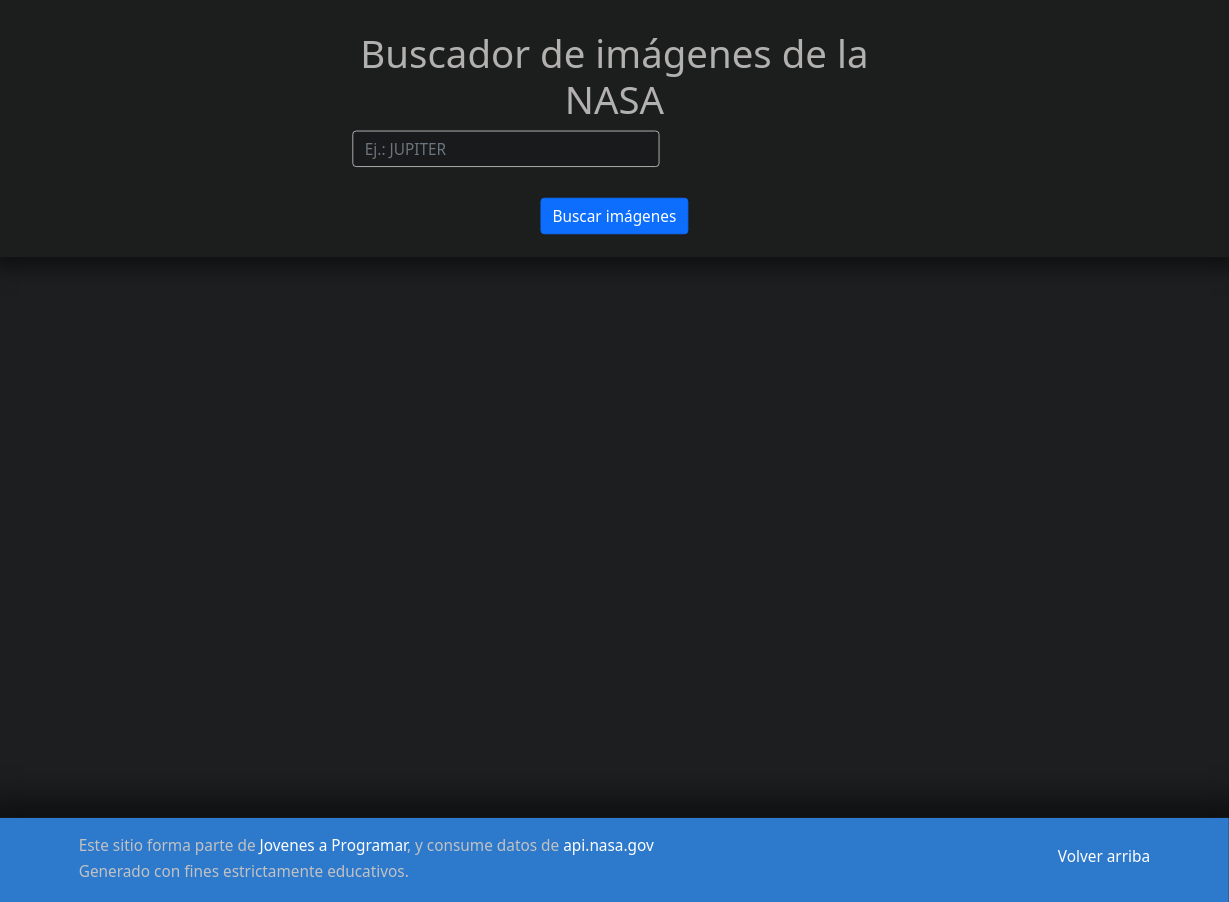
Repository: romancegirl/galaxies
Page: index.html
An editor plug-in stored every save of this project. The page is shown before and after the next save, followed by the edit.
The browser window is 1280 px wide. The pictures show the whole page, at 96% of full size.

Above is the page before, as saved 2024-11-30 04:35:57.

### index.html
<!doctype html>
<html lang="es">

<head>
  <meta charset="utf-8">
  <meta name="viewport" content="width=device-width, initial-scale=1">
  <title>Buscador de imágenes de la NASA</title>

  <link href="css/bootstrap.min.css" rel="stylesheet">
  <link rel="stylesheet" href="css/style.css">
</head>

<body>

  <header>
    <div id="intro">
      <div class="text-center container">
        <div class="row py-lg-3">
          <div class="col-lg-6 col-md-8 mx-auto">
            <h1 class="fw-light">Buscador de imágenes de la NASA</h1>
            <div id="beggining"><input type="search" class="form-control" name="buscar" id="inputBuscar" placeholder="Ej.: JUPITER"></div>
            <button class="btn btn-primary my-2" id="btnBuscar">Buscar imágenes</button>
          </div>
        </div>
      </div>
    </div>
  </header>

  <main>
    <div class="container">
      <div id="contenedor">
      </div>
    </div>
  </main>


  <footer class="text-muted py-3">
    <div class="container">
      <p class="float-end mb-1">
        <a href="#">Volver arriba</a>
      </p>
      <p class="mb-1">Este sitio forma parte de <a href="https://jovenesaprogramar.edu.uy/" target="_blank">
          Jovenes a Programar</a>, y consume datos de <a href="https://api.nasa.gov/" target="_blank">
          api.nasa.gov</a></p>
      <p class="mb-1">Generado con fines estrictamente educativos.</p>
    </div>
  </footer>

  <script src="https://cdn.jsdelivr.net/npm/bootstrap@5.3.1/dist/js/bootstrap.bundle.min.js"></script>
  <script src="js/space.js"></script>

</body>

</html>

### css/style.css
body {
    background-color: #1C1E1F;
    color: #B2B1B0;
    display: flex;
    flex-direction: column;
    min-height: 100vh;
}

main {
    min-height: calc(100vh - 160px);
    flex-grow: 1;
}

#intro {
    background-color: #1c1e1f9b;
    padding-top: 1rem;
    position: relative;
    box-shadow: 0 0 20px 10px rgba(0, 0, 0, 0.5);
}


#beggining {
    width: 20rem !important;
    margin-bottom: 1rem;
    display: flex;
    align-items: center;
    align-content: center;
}




input[type="search"] {
    background-color: #181A1B;
    border: 1px solid #B2B1B0;
    color: #B2B1B0;
}

input[type="search"]:focus {
    box-shadow: 0 0 5px #2D79CC;
    background-color: #181A1B;
    border: 1px solid #2D79CC;
    color: #B2B1B0;
}

.form-control {
    margin-bottom: 0.5rem;
}


#contenedor {
    display: flex;
    flex-wrap: wrap;
    justify-content: center;
    gap: 1rem;
    align-items: center;
}

.card {
    width: 22rem;
    height: 500px;
    display: flex;
    flex-direction: column;
    overflow: hidden;
    margin-top: 2rem;
    background-color: #181A1B;
    color: #c3c2c2;
    box-shadow: 0 0 4px 4px #2d7acc66;
}

.card-img-top {
    width: 100%;
    height: 250px;
    object-fit: cover;
}

.card-body {
    height: 250px;
    overflow-y: auto;
    padding: 1rem;
}

.card-text {
    display: -webkit-box;
    -webkit-line-clamp: 3;
    -webkit-box-orient: vertical;
    overflow: hidden;
    transition: all 0.3s ease-in-out;
}

.card-text.more {
    -webkit-line-clamp: 3;
    overflow: hidden;
}

.card-text.full {
    -webkit-line-clamp: unset;
    overflow: visible;
}

#more {
    cursor: pointer;
    color: #007bff;
    text-decoration: none;
    display: block;
    margin-top: 10px;
}



footer {
    background-color: #2D79CC;
    bottom: 0;
    width: 100%;
    margin-top: 1.5rem;
    box-shadow: 0 0 30px 20px rgba(0, 0, 0, 0.5);
}

footer p {
    color: #c3c2c2
}

footer a {
    color: #ffffff;
    text-decoration: none;
}

footer a:hover {
    color: #9b9a9b;
    transform: scale(1.05);
    transition: color 0.3s, text-shadow 0.3s;
}

footer .float-end {
    transform: translateY(50%);
}




@media (max-width: 1200px) {
    .col-lg-6 {
        width: 50%;
    }
}

@media (max-width: 768px) {
    .col-md-4 {
        width: 100%;
    }
}

### js/space.js
// Función para alternar la visibilidad del texto
function toggleDescription(button) {
    const cardBody = button.closest('.card-body');
    const descriptionText = cardBody.querySelector('.card-text');

    // Alternar clases entre "more" y "full" en el texto de la descripción
    if (descriptionText.classList.contains('more')) {
        descriptionText.classList.remove('more');
        descriptionText.classList.add('full');
        button.textContent = 'Ver menos'; // Cambiar el texto del botón
    } else {
        descriptionText.classList.remove('full');
        descriptionText.classList.add('more');
        button.textContent = 'Ver más'; // Cambiar el texto del botón
    }
}

// Asegúrate de que el evento de clic esté correctamente asignado en el HTML generado
const inputBuscar = document.getElementById('inputBuscar');
const btnBuscar = document.getElementById('btnBuscar');
const contenedor = document.getElementById('contenedor');

const searchNASAImages = async () => {
    const query = inputBuscar.value.trim();

    if (!query) {
        alert('Por favor, ingresa un término de búsqueda.');
        return;
    }

    const nasaAPI = `https://images-api.nasa.gov/search?q=${query}`;

    try {
        const response = await fetch(nasaAPI);
        const data = await response.json();

        const items = data.collection.items;
        if (!items || items.length === 0) {
            contenedor.innerHTML = `
            <h3><strong>No hemos encontrado información relacionada a "${query}".</strong></h3>`;
            return;
        }

        contenedor.innerHTML = '';

        const row = document.createElement('div');
        row.className = 'row';

        items.forEach((item) => {
            const { title, description, date_created } = item.data[0];
            const imageUrl = item.links?.[0]?.href || 'https://via.placeholder.com/150';

            // Crear la tarjeta
            const card = document.createElement('div');
            card.className = 'col-12 col-md-4 mb-6';

            // Contenido de la tarjeta
            card.innerHTML = `
                <div class="card">
                    <img src="${imageUrl}" class="card-img-top" alt="${title}">
                    <div class="card-body">
                        <h5 class="card-title">${title}</h5>
                        <p class="card-text more">${description || 'Descripción no disponible.'}</p>
                        <!-- Aquí controlamos la visibilidad del botón -->
                        ${description && description.length > 200 ? '<p class="card-text" id="more" onclick="toggleDescription(this)">Ver más</p>' : ''}
                        <p class="card-text"><small class="text-muted">Fecha: ${new Date(date_created).toLocaleDateString()}</small></p>
                    </div>
                </div>
            `;

            const descriptionText = card.querySelector('.card-text');
            const moreButton = card.querySelector('#more');
            if (!description || description.length <= 200) {
                if (moreButton) {
                    moreButton.style.display = 'none';
                }
                descriptionText.classList.add('full');
            }

            row.appendChild(card);
        });

        contenedor.appendChild(row);
    } catch (error) {
        console.error('Error al obtener datos:', error);
        contenedor.innerHTML = `<p class="text-center text-danger">Ocurrió un error al obtener los datos.</p>`;
    }
};

btnBuscar.addEventListener('click', searchNASAImages);
inputBuscar.addEventListener('keydown', (event) => {
    if (event.key === 'Enter') {
        event.preventDefault();
        searchNASAImages();
    }
});

Loaded but not shown: css/bootstrap.min.css (library)

After the next save:
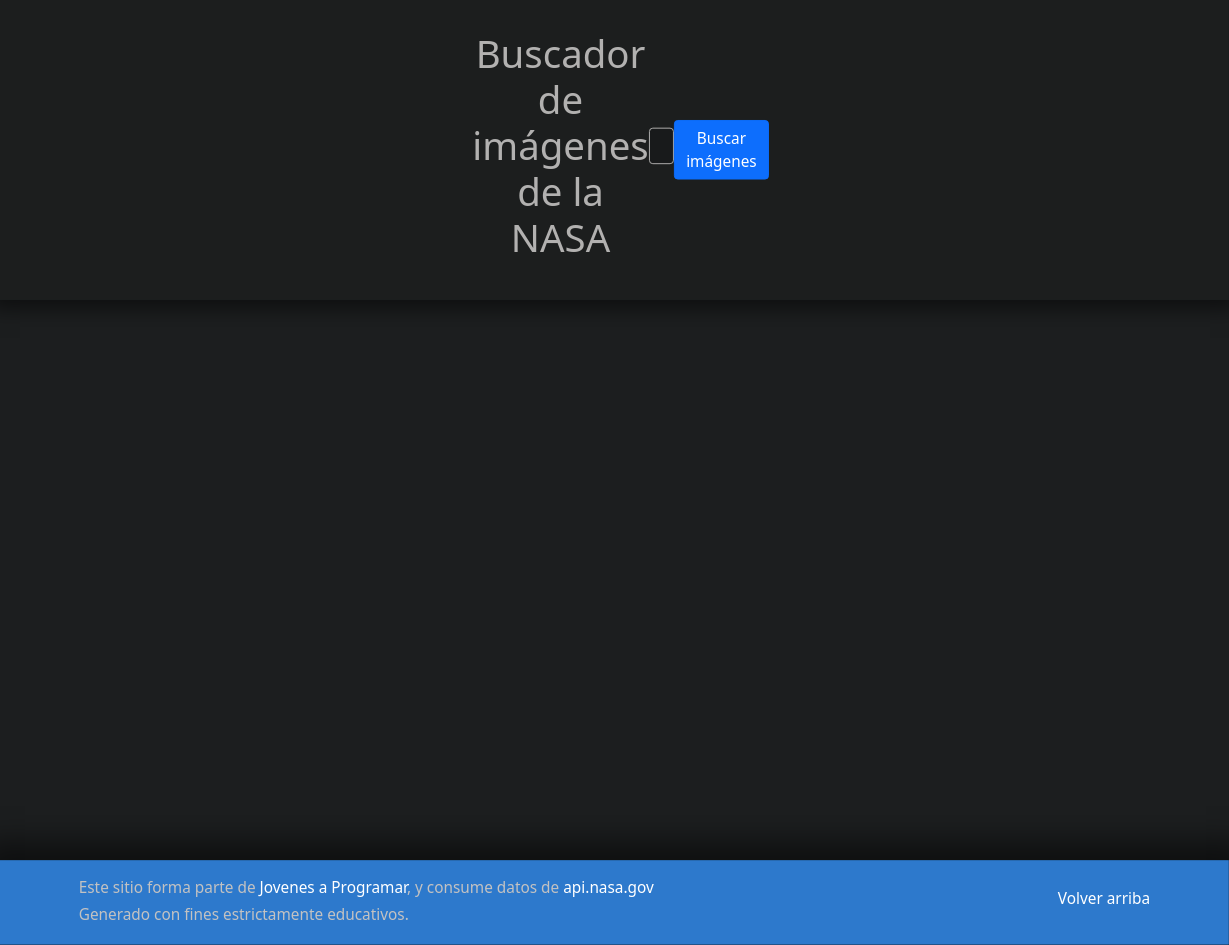
Saved 41 s later.
--- a/index.html
+++ b/index.html
@@ -16,9 +16,9 @@
     <div id="intro">
       <div class="text-center container">
         <div class="row py-lg-3">
-          <div class="col-lg-6 col-md-8 mx-auto">
+          <div class="col-lg-6 col-md-8 mx-auto" id="beggining">
             <h1 class="fw-light">Buscador de imágenes de la NASA</h1>
-            <div id="beggining"><input type="search" class="form-control" name="buscar" id="inputBuscar" placeholder="Ej.: JUPITER"></div>
+            <input type="search" class="form-control" name="buscar" id="inputBuscar" placeholder="Ej.: JUPITER">
             <button class="btn btn-primary my-2" id="btnBuscar">Buscar imágenes</button>
           </div>
         </div>
